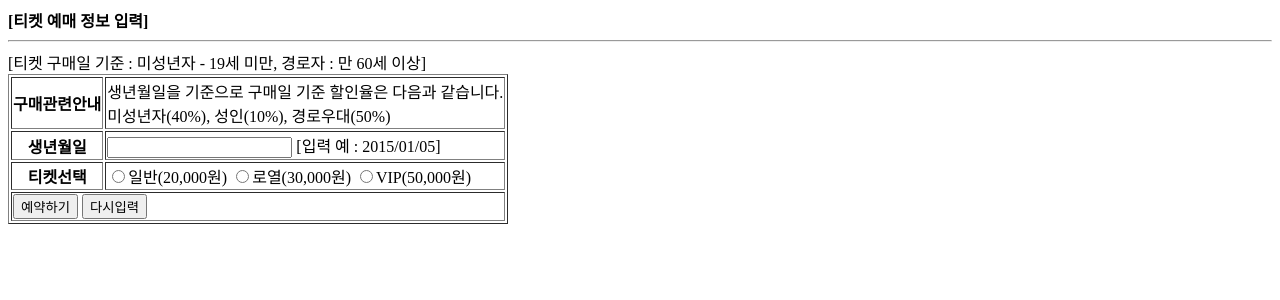
Repository: hanaichione/JSP_BingeWatch
Page: JSPWorkshop04/WebContent/ticket.html
The author's editor kept a copy of each file at every save. The page is drawn from the files as they stood at one save, then again after the next save.
The browser window is 1280 px wide. The pictures show the whole page.

Above is the page before, as saved 2022-11-25 10:41:16.

After the next save:
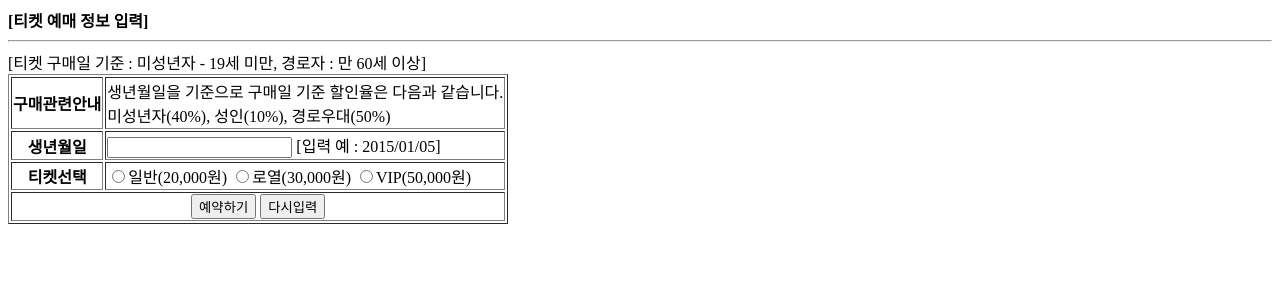
Saved 2 h 6 min later.
--- a/JSPWorkshop04/WebContent/ticket.html
+++ b/JSPWorkshop04/WebContent/ticket.html
@@ -27,7 +27,8 @@
 				</td>
 			</tr>
 			<tr>
-				<td colspan="2"><input type="submit" value="예약하기">
+				<td colspan="2" style="text-align:center">
+				<input type="submit" value="예약하기">
 				<input type="reset" value="다시입력"></td>
 			</tr>
 		</table>
